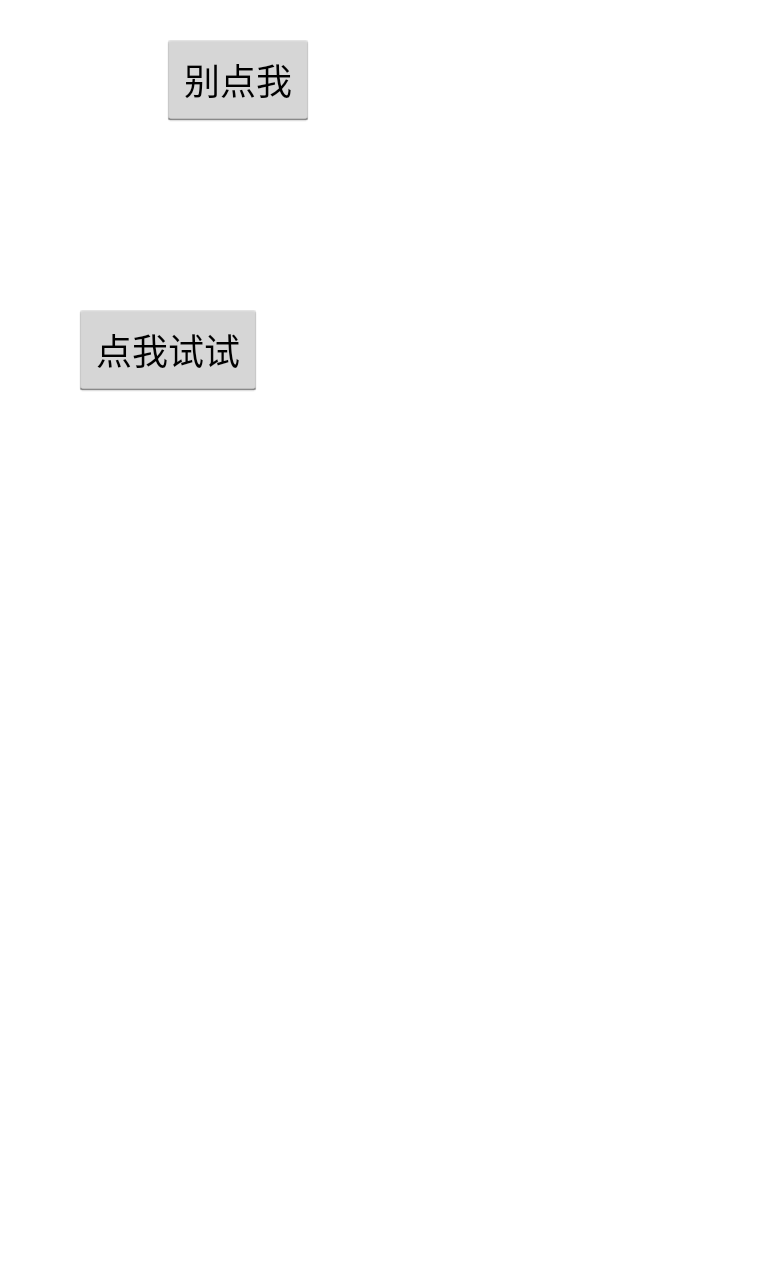
Repository: 17390089054/android
Layout: ProgressDialog/res/layout/activity_main.xml
An editor plug-in stored every save of this project. The layout is shown before and after the next save, followed by the edit.
It is drawn on a 768 x 1280 px phone screen (xhdpi) without system bars, with theme AppTheme; the app's code is not run.

Above is the layout before, as saved 2018-04-28 13:12:45.

After the next save:
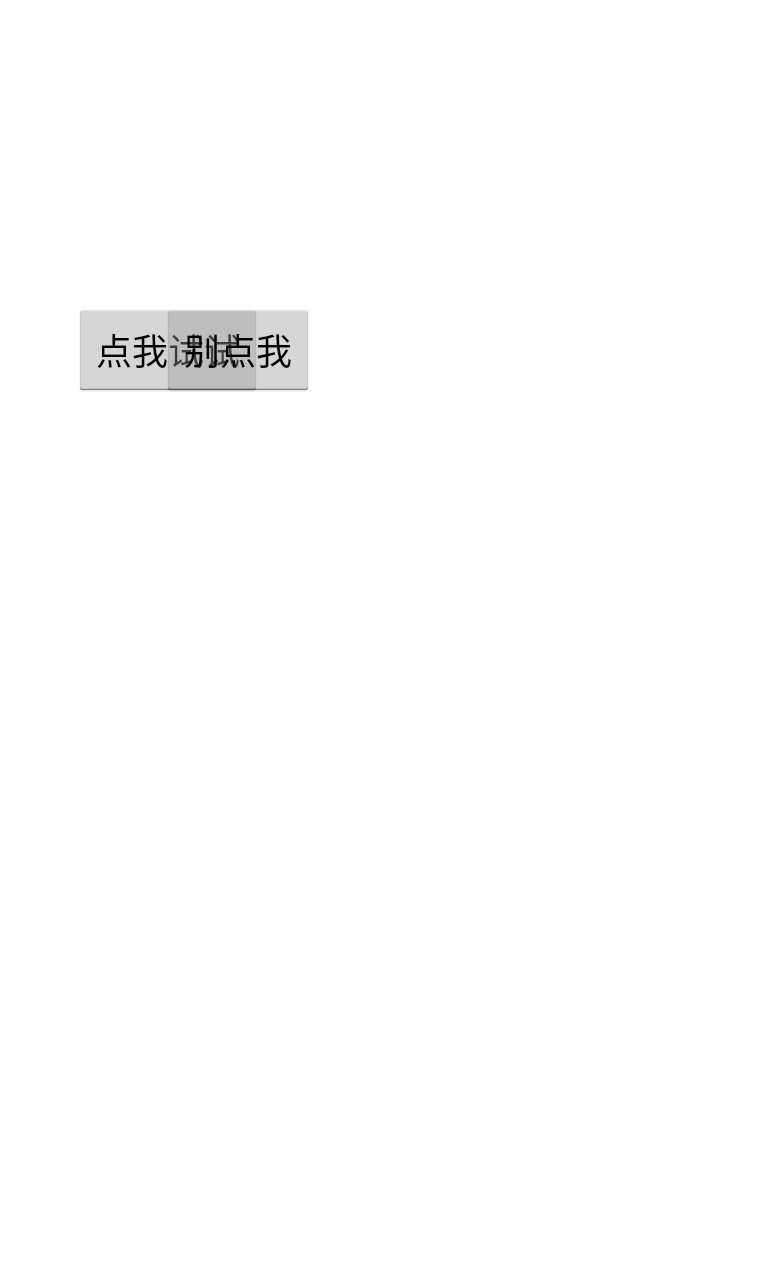
Saved 19 s later.
--- a/ProgressDialog/res/layout/activity_main.xml
+++ b/ProgressDialog/res/layout/activity_main.xml
@@ -22,7 +22,7 @@
         android:id="@+id/btn2"
         android:layout_width="wrap_content"
         android:layout_height="wrap_content"
-        android:layout_alignBaseline="@+id/button1"
+        android:layout_alignBaseline="@+id/btn"
         android:layout_alignBottom="@+id/button1"
         android:layout_marginLeft="64dp"
         android:layout_toRightOf="@+id/button1"
